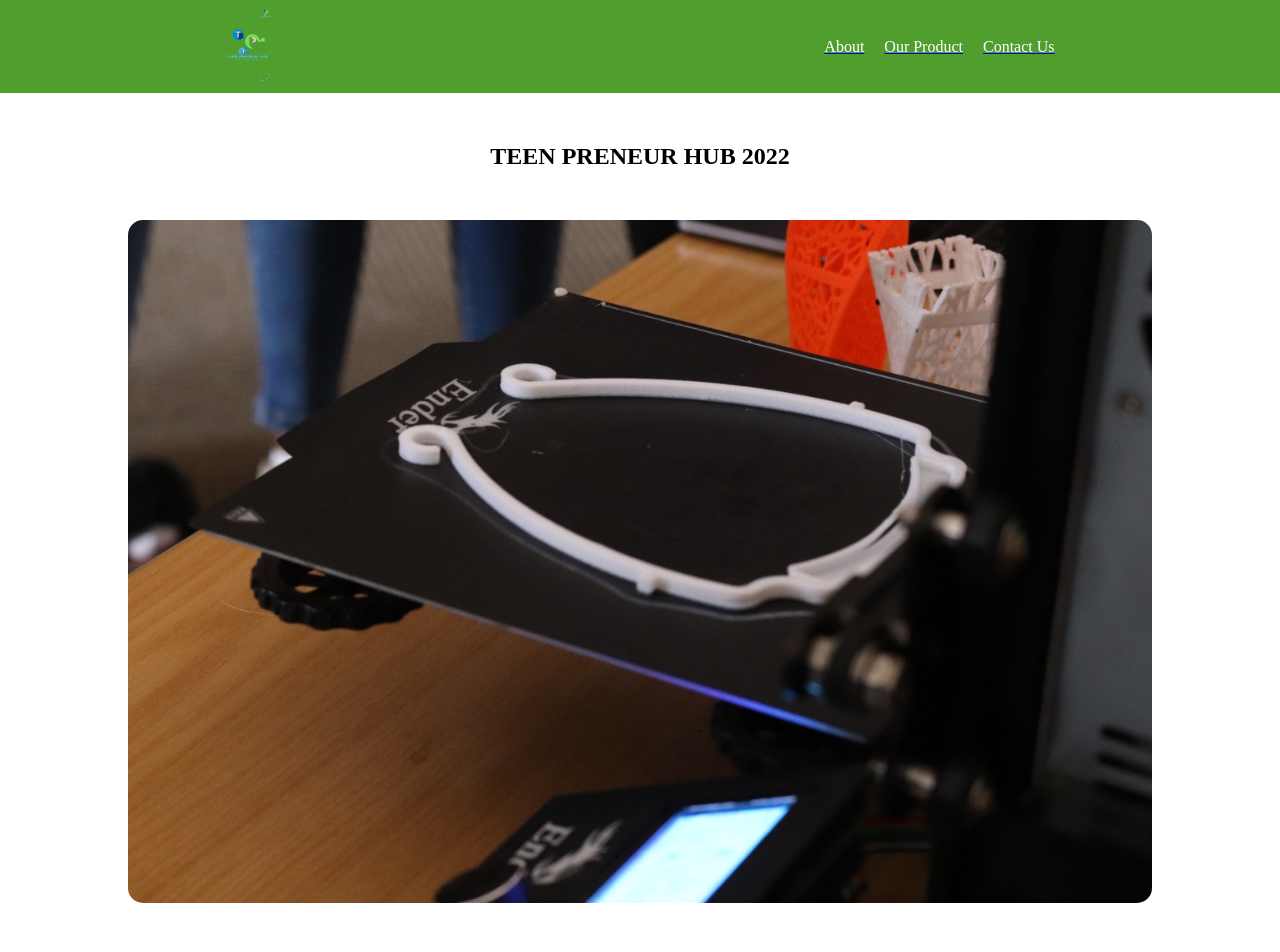
Repository: chadrackkyungu/4-BCT-TPH-Website
Page: index.html
The author's editor kept a copy of each file at every save. The page is drawn from the files as they stood at one save, then again after the next save.
The browser window is 1280 px wide. The pictures show the part of the page from y = 0 to 952 px (the page is 2375 px tall before and 2061 px after).
Pictures or frames that could not be fetched are drawn as grey boxes. A picture or video elsewhere on the page could not be fetched, so the positions and the page height are approximate.

Above is the page before, as saved 2022-10-21 09:13:10.

### index.html
<!DOCTYPE html>
<html lang="en">

<head>
    <meta charset="UTF-8">
    <meta http-equiv="X-UA-Compatible" content="IE=edge">
    <meta name="viewport" content="width=device-width, initial-scale=1.0">
    <title> TPH LAB </title>
    <link rel="stylesheet" href="/src/css/style.css">
</head>

<body>

    <div class="navigation">
        <div class="logocontainer">
            <img class="image1" src="./src/images/logo.png" alt="">
        </div>

        <ul class="nav-link">
            <a href="#about">
                <li>About</li>
            </a>
            <a href="#product">
                <li>Our Product</li>
            </a>
            <a href="#contact">
                <li>Contact Us</li>
            </a>
        </ul>
    </div>

    <div class="section1">
        <h2 class="title"> TEEN PRENEUR HUB 2022</h2>

        <div class="image-container">
            <img src="./src/images/img-1.jpeg" alt="">
        </div>
    </div>

    <div class="section1">
        <a id="about">
            <h2 class="title"> About Us</h2>
        </a>

        <div class="aboutcontainer">
            <div class="image-container">
                <img src="./imagine.jpg" alt="">
            </div>


            <div class="contentcontainer">
                <h2>The Teenpreneur Hub</h2>

                <p>The Teenpreneur Hub is a teenage-based organisation with students that are built by the future. We aim to impact lives while making money. We do this through skills based learning in the disciplines of Technology, where we learn to create
                    websites such as this one that was created by the students of the Technology Hub, Media where we learn about photography and produce quality photos such as the ones posted on this webpage as well as Arts where we learn to do Graphic
                    Designing of Business Logos such as our Teenpreneur Hub logo.</p>

                <h2>Q-Leds</h2>

                <p>Q-Leds is a teenage-based business that was started by the students of the TeenPreneur Hub as part of their Entrepreneurial learning. Q-Leds is a project that was started to solve the problem of load shedding that is currently plaguing
                    the country. Q-Leds is a light system that helps young people overcome the current load shedding problem by giving them a source of light to study at night. It also features a charging port and speakers as well as a holographic feature
                    which is our unique selling feature of the Q-Leds lighting system. It is built by the youth for the youth.
                </p>


            </div>

        </div>
    </div>

    <div class="section1">
        <a id="product">
            <h2 class="title">Our Product</h2>
        </a>


        <div class="productcontainer">
            <div class="prductimagecontainer">
                <img src="./imagine.jpg" alt="">
            </div>
            <div class="prductimagecontainer">
                <img src="./imagine.jpg" alt="">
            </div>
            <div class="prductimagecontainer">
                <img src="./imagine.jpg" alt="">
            </div>
            <div class="prductimagecontainer">
                <img src="./imagine.jpg" alt="">
            </div>
            <div class="prductimagecontainer">
                <img src="./imagine.jpg" alt="">
            </div>
            <div class="prductimagecontainer">
                <img src="./imagine.jpg" alt="">
            </div>

        </div>
    </div>

    <div class="section1">
        <a id="contact">
            <h2 class="title"> Contact Us</h2>
        </a>

        <div class="contactcontainer">
            <div class="contactcontent">
                <P>Address: 52 Fife Avenue, Berea, Johannesburg, 2198</P>
                <p>Contact us on: 063 397 3539</p>
                <p>Email us on: mashudu@teenagers.org.za</p>
                <p><a href="https://teenagers.org.za/" target=" "> Website: www.teenagers.org.za </a></p>
                <p>Facebook: Teenagers Empowerment Program</p>
                <p>Instagram: @teenagersza</p>
            </div>
        </div>
    </div>

    <div class="nav-link"> </div>
</body>
<html>

### src/css/style.css
html,
body {
    box-sizing: 0;
    margin: 0;
    padding: 0;
}


/* NAVBAR */

.navigation {
    background-color: #509e2e;
    display: flex;
    justify-content: space-around;
    align-items: center;
}

.image1 {
    width: 100px;
}

.nav-link {
    display: flex;
}

.nav-link li {
    list-style-type: none;
    padding: 10px;
    color: white;
}


/* SECTION 1 */

.section1 {
    width: 80%;
    margin: 0 auto;
}

img {
    border-radius: 15px;
}

.title {
    text-align: center;
    margin-bottom: 50px;
    margin-top: 50px;
}

.image-container {
    width: 100%;
}

.image-container img {
    width: 100%;
    height: 30% !important;
}

.aboutcontainer {
    display: flex;
    justify-content: space-around;
    align-items: center;
}

.contentcontainer {
    margin-left: 60px;
}

.productcontainer {
    display: grid;
    grid-template-columns: 1fr 1fr 1fr;
    gap: 20px;
}

.prductimagecontainer {
    width: 100%;
}

.prductimagecontainer img {
    width: 100%;
}

.contactcontainer {
    display: flex;
    justify-content: center;
    align-items: center;
}

.contactcontent {
    margin: auto 0;
    text-align: center;
}

.logocontainer {
    width: 10%;
}

.logocontainer img {
    width: 50%;
    border-radius: 100%;
}

After the next save:
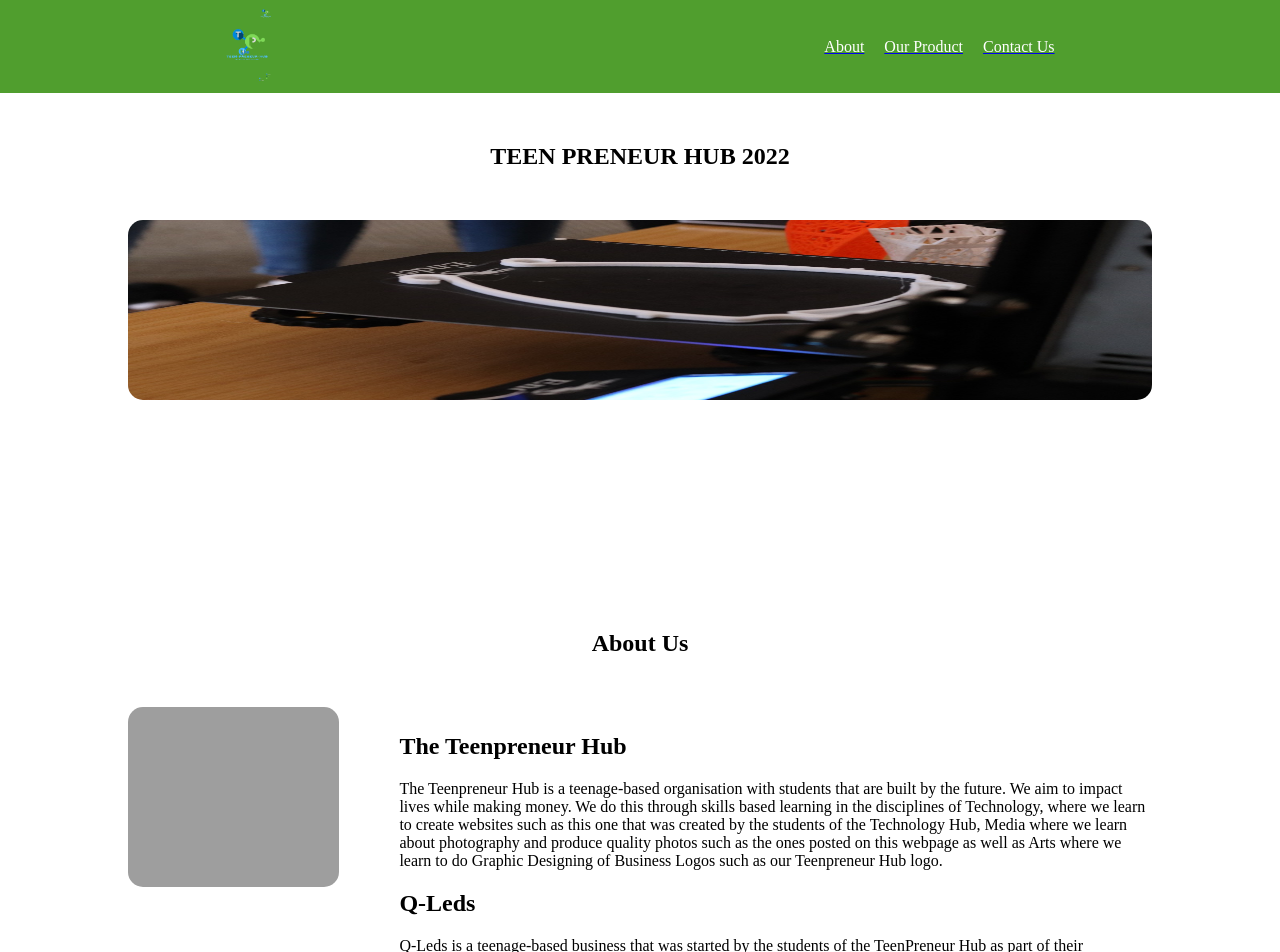
Saved 23 s later.
--- a/src/css/style.css
+++ b/src/css/style.css
@@ -49,11 +49,12 @@
 
 .image-container {
     width: 100%;
+    height: 50vh;
 }
 
 .image-container img {
     width: 100%;
-    height: 30% !important;
+    height: 50% !important;
 }
 
 .aboutcontainer {
